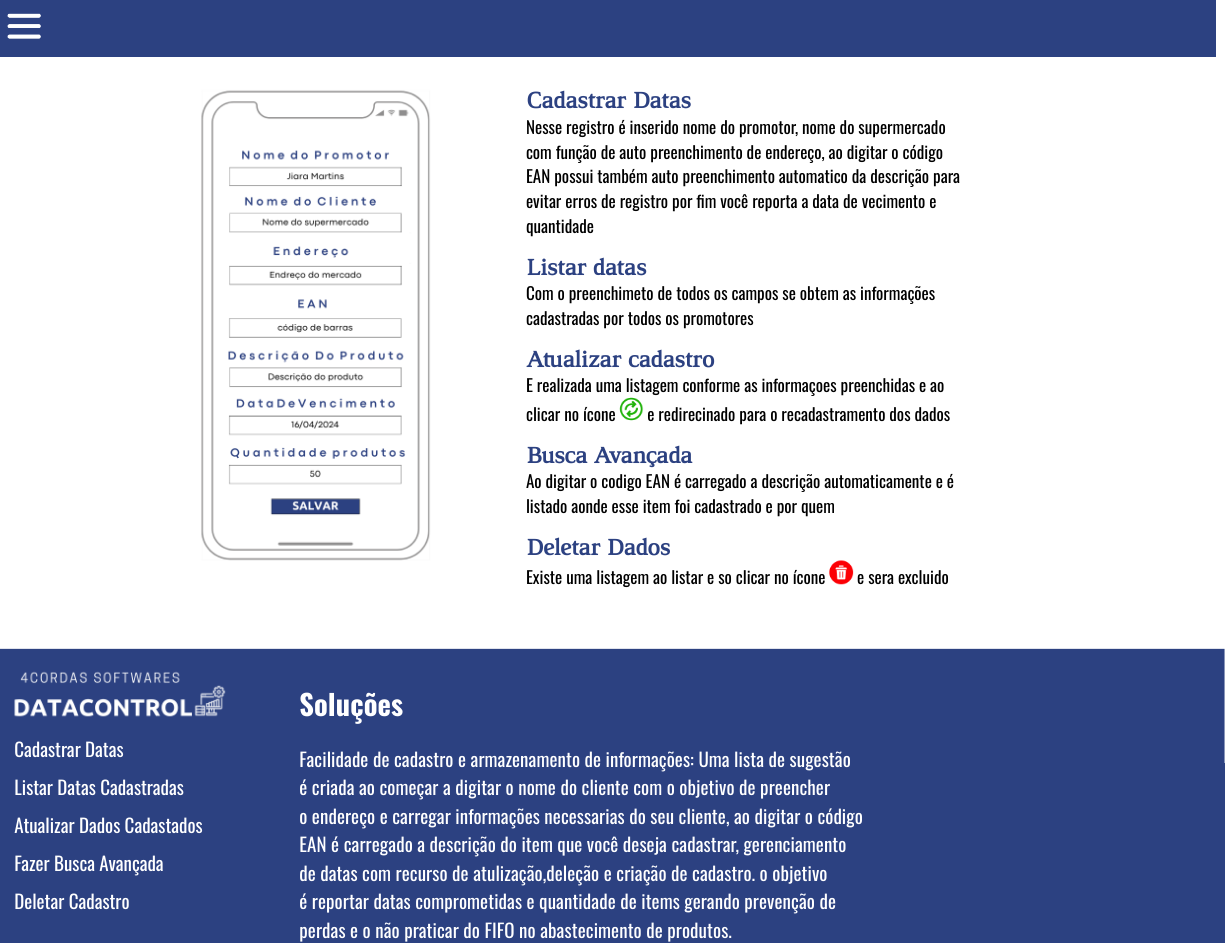
Repository: alfredo-allan/ControleDeDatasFrontEnd
Page: index.html
These files come from the project's save history. The page is drawn as it stood at one moment and after a run of saves; the edit follows.
The browser window is 1280 px wide. The page is 1289 px wide, so the pictures cover 1289 px, including what lies to the right of the window. The pictures show the whole page, at 95% of full size.

Above is the page before, as saved 2024-04-30 14:59:32.
Console error: TypeError: Cannot read properties of null (reading 'addEventListener')

After the next 2 saves:
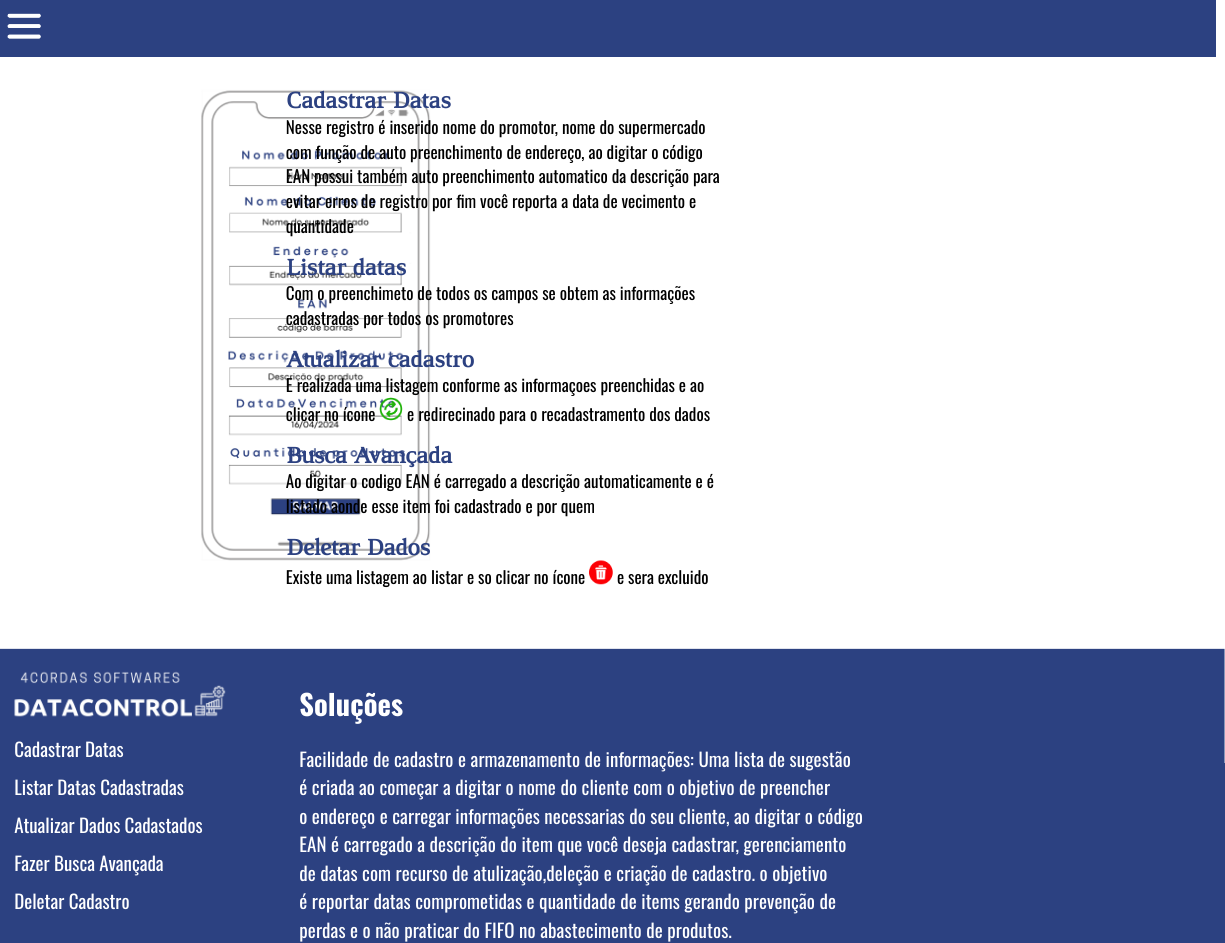
The 2 saves are shown as one change because they came seconds apart.
The last was saved 7 s later.
--- a/style/style.css
+++ b/style/style.css
@@ -451,7 +451,7 @@ button:focus {
   flex-direction: column;
   direction: ltr;
   /* justify-content: center; */
-  margin-left: 40%;
+  margin-left: 20%;
   margin-top: -41%;
   width: 40%;
   li {
